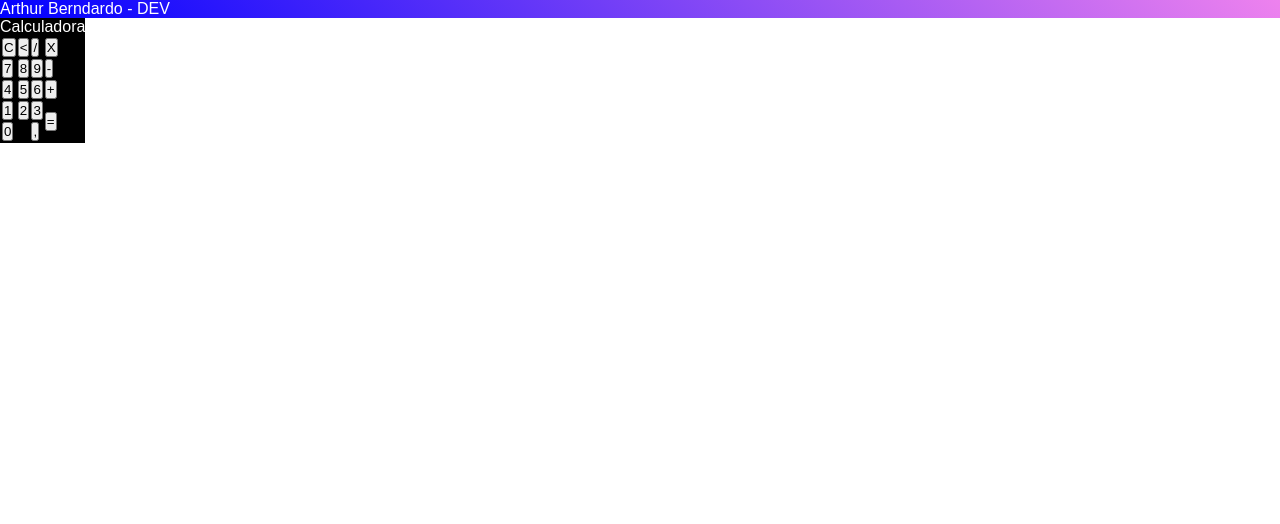
Repository: oThurDev/calculadora
Page: calculadora.html
An editor plug-in stored every save of this project. The page is shown before and after the next save, followed by the edit.
The browser window is 1280 px wide. The pictures show the whole page.

Above is the page before, as saved 2022-02-25 15:28:53.

After the next save:
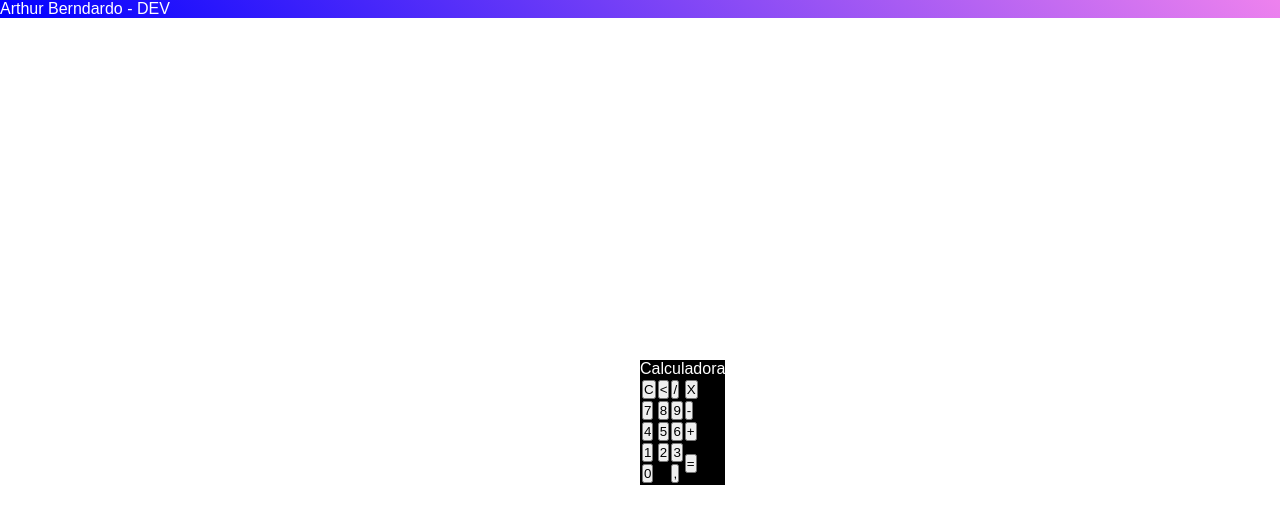
Saved 32 s later.
--- a/style_calculadora.css
+++ b/style_calculadora.css
@@ -13,4 +13,7 @@
 .calculadora{
     position: absolute;
     background-color: black;
+    top: 50%;
+    left: 50%;
+
 }
